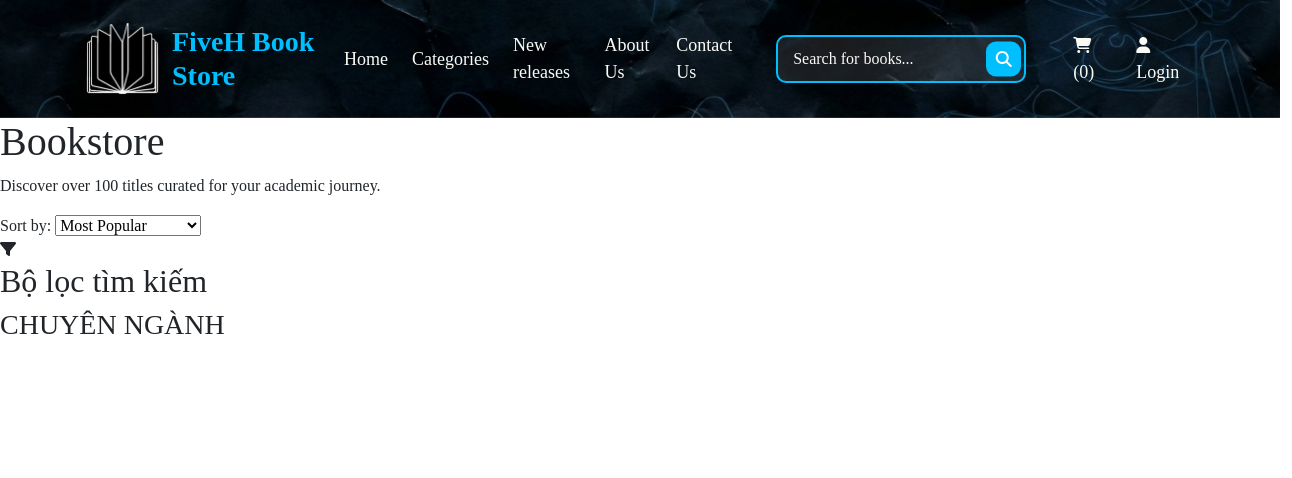
Repository: Hoangriji/Book_Store-HTCNWeb
Page: pages/categories/categories.html
An editor plug-in stored every save of this project. The page is shown before and after the next save, followed by the edit.
The browser window is 1280 px wide. The page is 1292 px wide, so the pictures cover 1292 px, including what lies to the right of the window. The pictures show the whole page.
Some web fonts or font styles are not loaded; a fallback is used. Some web libraries are served in a nearby version.

Above is the page before, as saved 2026-02-10 12:48:47.

### pages/categories/categories.html
<!DOCTYPE html>
<html lang="en">
<head>
    <meta charset="UTF-8">
    <meta name="viewport" content="width=device-width, initial-scale=1.0">
    <title>FiveH Book Store</title>
    <link rel="stylesheet" href="categories.css">
    <link rel="stylesheet" href="/shared/css/bootstrap.min.css">
    <!-- icon awesome free -->
    <script src="https://kit.fontawesome.com/81f80860c2.js" crossorigin="anonymous"></script>
</head>
<body>
     <!-- header -->
    <header class="inner-header"></header>

    <!-- main -->
    <div class="main">
        <!-- Page Header -->
        <div class="page-header">
            <div class="page-header-container">
                <div class="page-header__content">
                    <h1 class="page-header__title">Bookstore</h1>
                    <p class="page-header__subtitle">Discover over 100 titles curated for your academic journey.</p>
                </div>

                <div class="page-header__actions">
                    <label class="page-header__sort-label">Sort by:</label>
                    <select class="page-header__sort-select">
                        <option selected>Most Popular</option>
                        <option>Newest</option>
                        <option>Price: Low to High</option>
                        <option>Price: High to Low</option>
                        <option>Best Rating</option>
                    </select>
                </div>
            </div>
        </div>

        <!-- Main Content -->
        <div class="categories-main">
            <div class="row g-4">
                <!-- Sidebar filter -->
                <aside class="col-lg-3">
                    <div class="filter">
                        <div class="filter__header">
                            <i class="fas fa-filter filter__header-icon"></i>
                            <h2 class="filter__header-title">Bộ lọc tìm kiếm</h2>
                        </div>

                        <div class="filter__section">
                            <h3 class="filter__section-title">CHUYÊN NGÀNH</h3>

                        </div>
                    </div>
                </aside>
            </div>
        </div>
    </div>


    <script src="categories.js"></script>
    <script type="module" src="/shared/js/main.js"></script>
</body>
</html>

### pages/categories/categories.css
@import url('/shared/css/style.css');

.main {
    padding: 0;
    margin: 0 auto;
}

### shared/js/main.js
import {header} from './components/header.js';
import {footer} from './components/footer.js';

const main = () => {
    // render header
    header();

    // render footer
    footer();
}

main();

### shared/css/style.css
@import url('./variables.css');
@import url('./components/header.css');
@import url('./components/footer.css');

* {
    margin: 0;
    padding: 0;
    box-sizing: border-box;
    font-family: var(--font-main);
}

/* width  scrollbar */
::-webkit-scrollbar {
    width: 8px;
}

/* scrollbar track color */
::-webkit-scrollbar-track {
    background: var(--color-menu);
    border-radius: 10px;
}

/* scrollbar thumb color and shape */
::-webkit-scrollbar-thumb {
    background: var(--color-primary);
    border-radius: 10px;
}

/* hover on scrollbar thumb */
::-webkit-scrollbar-thumb:hover {
    background: var(--color-button-hover);
}

body {
    background-color: var(--color-background);
}

a {
    text-decoration: none;
}

### shared/css/variables.css
@import url('https://fonts.googleapis.com/css2?family=Bona+Nova:ital,wght@0,400;0,700;1,400&family=Roboto:ital,wght@0,100..900;1,100..900&display=swap');

:root {
    --color-primary: #00BFFF;
    --color-secondary: #00A3E0;
    --color-button: #00BFFF;
    --color-button-hover: #0099CC;
    --color-background: #fbfdf8;
    --color-background-dark: #010409;
    --color-menu: rgb(1, 4, 9);
    --color-text-dark: #010409;
    --color-text-light: #FAFBF5;
    --color-accent: #40E0D0;
    --font-main: "Bova Nova", serif;
}

### shared/css/components/header.css
.inner-header {
    width: 100%;
    background-image: url(/imgs/homePage/bg-header.webp);
    background-repeat: no-repeat;
    background-size: cover;
    background-position: center;
    position: sticky;
    top: 0;
    z-index: 9;
}

.header-wrapper {
    width: 100%;
    display: flex;
    align-items: center;
    justify-content: space-between;
    padding: 8px 0;
    margin: 0 auto;
}

/* logo */
.logo {
    max-width: 250px;
    display: flex;
    align-items: center;
    justify-content: center;
    gap: 10px;
    text-decoration: none;
}

.logo img {
    width: 80px;
    height: auto;
}

.logo h3 {
    color: var(--color-primary);
    font-weight: bold;
    margin: 0;
    padding: 0;
}

/* menu-overlay */
.menu-overlay {
    display: none;
    position: fixed;
    top: 0;
    left: 0;
    width: 100%;
    height: 100%;
    background-color: rgba(0, 0, 0, 0.5);
    z-index: 99;
}

/* menu */
.menu {
    display: flex;
    align-items: center;
    justify-content: center;
    gap: 2rem;
}

/* close btn - hidden on desktop */
.close-menu-btn {
    display: none;
}

/* nav */
.inner-nav ul {
    display: flex;
    align-items: center;
    justify-content: center;
    list-style: none;

    /* do bị ảnh hưởng tử bs css nên thêm 2 dòng dưới */
    margin: 0;
    padding: 0;
}

.inner-nav ul li a {
    font-size: 18px;
    color: var(--color-text-light);
    text-decoration: none;
    transition: all 0.3s ease;
    padding: 1.5rem 12px;
    display: inline-flex;
    align-items: center;
    border-radius: 8px;
}

.inner-nav ul li a:hover {
    color: var(--color-primary);
    transform: translateY(-5px);
}

/* search */
.search-bar {
    position: relative;
}

.search-bar input {
    width: 250px;
    padding: 10px 45px 10px 15px;
    border: 2px solid var(--color-primary);
    border-radius: 10px;
    font-size: 16px;
    outline: none;
    transition: all 0.3s ease;
    background-color: rgba(255, 255, 255, 0.1);
    color: var(--color-text-light);
}

.search-bar input::placeholder {
    color: var(--color-text-light);
}

.search-bar input:focus {
    border: 2px solid var(--color-primary);
}

.search-bar button {
    position: absolute;
    right: 5px;
    top: 50%;
    transform: translateY(-50%);
    background-color: var(--color-primary);
    border: none;
    color: #fff;
    width: 35px;
    height: 35px;
    border-radius: 10px;
    cursor: pointer;
    transition: all 0.3s ease;
}

.search-bar button:hover {
    box-shadow: inset -3px -3px 6px rgba(0, 0, 0, 0.5),
                inset 3px 3px 6px rgba(255, 255, 255, 0.5);
    background-color: var(--color-button-hover);
}

/* user actions */
.user-actions {
    display: flex;
    align-items: center;
    justify-content: center;
}

.user-actions a {
    color: var(--color-text-light);
    font-size: 18px;
    text-decoration: none;
    transition: all 0.3s ease;
    display: inline-flex;
    align-items: center;
    gap: 5px;
    padding: 1.5rem 15px;
    border-radius: 8px;
}

.user-actions a i {
    font-size: 16px;
}

.user-actions a:hover {
    color: var(--color-primary);
    transform: translateY(-5px);
}

/* hamburger button */
.hamburger-btn {
    display: none;
    align-items: center;
    justify-content: center;
    width: 45px;
    height: 45px;
    background: transparent;
    border: 2px solid var(--color-primary);
    border-radius: 8px;
    cursor: pointer;
    padding: 0;
    z-index: 100;
    transition: all 0.3s ease;
}

.hamburger-btn i {
    color: var(--color-primary);
    font-size: 24px;
    transition: all 0.3s ease;
}

.hamburger-btn:hover {
    background-color: var(--color-primary);
}

.hamburger-btn:hover i {
    color: var(--color-text-light);
}

/* responsize */
@media (max-width: 1199.98px) {
    .header-wrapper {
        padding: 15px 1.5rem;
    }

    .inner-nav ul {
        gap: 0;
    }

    .inner-nav ul li a {
        font-size: 16px;
        padding: 0.8rem 10px;
    }

    .search-bar input {
        width: 200px;
    }
}

@media (max-width: 991.98px) {
    /* hamburger btn active */
    .hamburger-btn {
        display: flex;
    }

    .menu {
        position: fixed;
        top: 0;
        right: -100%;
        width: 320px;
        max-width: 85vw;
        height: 100vh;
        background: var(--color-menu);
        justify-content: flex-start;
        flex-direction: column;
        padding: 20px 25px;
        gap: 2.5rem;
        transition: right 0.4s ease;
        overflow-y: auto;
        z-index: 999;
    }

    .menu.active {
        right: 0;

    }

    /* close button */
    .close-menu-btn {
        display: flex;
        align-items: center;
        justify-content: center;
        width: 40px;
        height: 40px;
        background: transparent;
        border: 2px solid var(--color-primary);
        border-radius: 10px;
        cursor: pointer;
        align-self: flex-end;
        transition: all 0.3s ease;
    }

    .close-menu-btn i {
        color: var(--color-primary);
        font-size: 22px;
    }

    .close-menu-btn:hover {
        background-color: var(--color-primary);
        transform: rotate(90deg);
    }

    .close-menu-btn:hover i {
        color: var(--color-text-light);
    }

    .inner-nav{
        width: 100%;
    }

    .inner-nav ul {
        flex-direction: column;
        width: 100%;
    }

    .inner-nav ul li {
        width: 100%;
        border-bottom: 2px solid gray;
    }

    .inner-nav ul li a {
        width: 100%;
        padding: 14px 16px;
        font-size: 17px;
        justify-content: flex-start;
    }

    .inner-nav ul li a i {
        font-size: 18px;
        width: 25px;
    }

    .inner-nav ul li a:hover {
        transform: translateX(10px);
        padding-left: 20px;
    }

    .search-bar {
        width: 100%;
    }

    .search-bar input {
        width: 100%;
        padding: 12px 50px 12px 18px;
        font-size: 16px;
        background-color: rgba(255, 255, 255, 0.05);
    }

    .search-bar button {
        right: 8px;
        width: 38px;
        height: 38px;
    }

    .user-actions {
        flex-direction: column;
        gap: 12px;
        width: 250px;
    }

    .user-actions .user-actions-link {
        width: 100%;
        font-size: 17px;
        border-radius: 0;
        justify-content: flex-start;
        border-bottom: 2px solid gray;
        margin: 0;
        padding: 14px 16px;
    }

   .user-actions-link i {
        width: 25px;
    }

    .user-actions-btn{
        transition: all 0.3s ease;
    }

    .user-actions-link:hover .user-actions-btn{
        transform: translateX(10px);
    }
}


@media (max-width: 767.98px) {
    .header-wrapper {
        padding: 12px 1rem;
    }

    .logo {
        max-width: 200px;
    }

    .logo h3 {
        font-size: 18px;
    }

    .logo img {
        width: 60px;
    }

    .hamburger-btn {
        width: 40px;
        height: 40px;
    }

    .hamburger-btn i {
        font-size: 20px;
    }
}

@media (max-width: 575.98px) {
    .header-wrapper {
        padding: 10px 0.8rem;
    }

    .logo h3 {
        font-size: 18px;
    }

    .logo img {
        width: 50px;
    }

    .menu {
        width: 100vw;
        max-width: 100vw;
        padding: 25px 20px;
        /* tăng right lên vì để -100% thấy menu lấn vào màn viewport khi chưa active*/
        right: -200%;
    }

    .user-actions {
        width: 100%;
    }

    .cart-text {
        display: none;
    }
}

/* animation */
@keyframes fadeInDown {
    from {
        opacity: 0;
        transform: translateY(-30px);
    }
    to {
        opacity: 1;
        transform: translateY(0);
    }
}

.logo {
    animation: fadeInDown 0.6s ease forwards;
    animation-delay: 0.1s;
}

.inner-nav {
    animation: fadeInDown 0.6s ease forwards;
    animation-delay: 0.2s;
}

.search-bar {
    animation: fadeInDown 0.6s ease forwards;
    animation-delay: 0.3s;
}

.user-actions {
    animation: fadeInDown 0.6s ease forwards;
    animation-delay: 0.4s;
}

### shared/css/components/footer.css
.inner-footer {
    width: 100%;
    background: linear-gradient(90deg, var(--color-background-dark) 50%, #0a0e1a 100%);
    color: var(--color-text-light);
    padding: 2rem 0 0 0;
    margin-top: auto;
}

.footer-wrapper {
    width: 100%;
    margin: 0 auto;
}

.footer-content {
    padding-bottom: 20px;
    border-bottom: 1px solid gray;
}

.footer-section {
    display: flex;
    flex-direction: column;
    gap: 10px;
}

/* logo section */
.footer-section:first-child {
    max-width: 350px;
}

.footer-section img {
    width: 80px;
    height: auto;
}

.footer-section .footer-section-title {
    color: var(--color-primary);
    font-size: 22px;
    font-weight: bold;
    margin: 0;
}

.footer-section p {
    color: var(--color-text-light);
    line-height: 1.6;
    margin: 0;
    font-size: 15px;
}

/* social icons */
.social-icons {
    display: flex;
    gap: 15px;
    margin-top: 10px;
}

.social-icons a {
    display: flex;
    align-items: center;
    justify-content: center;
    width: 45px;
    height: 45px;
    background: transparent;
    border: 2px solid var(--color-primary);
    border-radius: 50%;
    color: var(--color-primary);
    text-decoration: none;
    transition: all 0.3s ease;
    font-size: 18px;
}

.social-icons a:hover {
    background: var(--color-primary);
    color: var(--color-text-light);
    transform: rotate(360deg);
}

/* quick links */
.footer-section ul {
    list-style: none;
    margin: 0;
    padding: 0;
    display: flex;
    flex-direction: column;
    gap: 5px;
}

.footer-section ul li a {
    color: var(--color-text-light);
    text-decoration: none;
    transition: all 0.3s ease;
    display: inline-flex;
    align-items: center;
    gap: 5px;
    padding: 10px 0;
}

.footer-section ul li i {
    color: var(--color-primary);
    font-size: 12px;
    transition: all 0.3s ease;
    margin-right: 10px;
}

.footer-section ul li:hover a {
    color: var(--color-primary);
    padding-left: 10px;
}

.footer-section ul li:hover i {
    transform: translateX(15px);
}

/* footer bottom */
.footer-bottom {
    padding: 20px 0;
    text-align: center;
}

.footer-bottom p {
    color: gray;
    margin: 0;
    font-size: 16px;
}

/* responsive */
@media (min-width: 1200px) {
    .footer-wrapper {
        max-width: 1320px;
        padding: 0 2rem;
    }
}

@media (max-width: 1199.98px) {
    .footer-wrapper {
        max-width: 100%;
        padding: 0 1.5rem;
    }
}

@media (max-width: 991.98px) {
    .inner-footer {
        padding: 50px 0 0;
    }

    .footer-content {
        padding-bottom: 25px;
    }

    .footer-section {
        gap: 12px;
    }

    .social-icons {
        flex-wrap: wrap;
    }
}

@media (max-width: 767.98px) {
    .inner-footer {
        padding: 40px 0 0;
    }

    .footer-wrapper {
        padding: 0 1rem;
    }

    .footer-content {
        padding-bottom: 20px;
    }

    .footer-section:first-child {
        max-width: 100%;
    }

    .footer-section .footer-section-title {
        font-size: 20px;
    }

    .footer-section p {
        font-size: 14px;
    }

    .social-icons {
        justify-content: flex-start;
    }

    .footer-bottom p {
        font-size: 14px;
    }
}

@media (max-width: 575.98px) {
    .inner-footer {
        padding: 30px 0 0;
    }

    .footer-wrapper {
        padding: 0 15px;
    }

    .footer-content {
        gap: 25px;
    }

    .footer-section .footer-section-title {
        font-size: 18px;
    }

    .footer-section img {
        width: 60px;
    }

    .footer-section p {
        font-size: 13px;
    }

    .footer-section .footer-section-title {
        font-size: 16px;
    }

    .footer-section ul li a {
        font-size: 14px;
        padding: 8px 0;
    }

    .social-icons {
        gap: 12px;
    }

    .social-icons a {
        width: 40px;
        height: 40px;
        font-size: 16px;
    }

    .footer-bottom {
        padding: 15px 0;
    }

    .footer-bottom p {
        font-size: 12px;
    }
}

/* animation */
@keyframes fadeInUp {
    from {
        opacity: 0;
        transform: translateY(30px);
    }
    to {
        opacity: 1;
        transform: translateY(0);
    }
}

.footer-section {
    animation: fadeInUp 0.6s ease forwards;
}

.footer-section:nth-child(1) { animation-delay: 0.1s; }
.footer-section:nth-child(2) { animation-delay: 0.2s; }
.footer-section:nth-child(3) { animation-delay: 0.3s; }
.footer-section:nth-child(4) { animation-delay: 0.4s; }

### shared/js/components/header.js
export const header = () => {
  const headerElement = document.querySelector(".inner-header");
  const headerTemplate = /* html */ `
    <div class="container">
      <div class="header-wrapper">
        <!-- logo -->
        <a class="logo" href="/">
          <img src="/imgs/homePage/logo.png" alt="">
          <h3>FiveH Book Store</h3>
        </a>

        <!-- hamburger btn -->
        <button class="hamburger-btn" aria-label="Toggle menu">
          <i class="fa-solid fa-bars"></i>
        </button>

        <!-- overlay -->
        <div class="menu-overlay" style="display: none;"></div>

        <!-- menu -->
        <div class="menu">
          <!-- close btn for mobile -->
          <button class="close-menu-btn" aria-label="Close menu">
            <i class="fa-solid fa-times"></i>
          </button>

          <!-- nav -->
          <nav class="inner-nav">
            <ul>
              <li><a href="/"> Home</a></li>
              <li><a href="/pages/categories/categories.html">Categories</a></li>
              <li><a href="#">New releases</a></li>
              <li><a href="#">About Us</a></li>
              <li><a href="#">Contact Us</a></li>
            </ul>
          </nav>

          <!-- search -->
          <div class="search-bar">
            <input type="text" placeholder="Search for books...">
            <button type="submit"><i class="fa-solid fa-search"></i></button>
          </div>

          <!-- user -->
          <div class="user-actions">
            <a href="#" class="user-actions-link">
              <div class="user-actions-btn">
                <i class="fa-solid fa-cart-shopping"></i>
                <span class="cart-count">(0)</span>
              </div>
            </a>
            <a href="#" class="user-actions-link">
              <div class="user-actions-btn">
                <i class="fa-solid fa-user"></i>
                <span>Login</span>
              </div>
            </a>
          </div>
        </div>
      </div>
    </div>
  `;
  if (headerElement) {
    headerElement.innerHTML = headerTemplate;

    // hamburger
    const hamburgerBtn = headerElement.querySelector(".hamburger-btn");
    const closeBtn = headerElement.querySelector(".close-menu-btn");
    const menu = headerElement.querySelector(".menu");
    const menuLinks = headerElement.querySelectorAll(".menu a");

    // open menu
    if (hamburgerBtn && menu) {
      hamburgerBtn.addEventListener("click", () => {
        menu.classList.add("active");
        document.body.style.overflow = "hidden";
        const menuOverlay = headerElement.querySelector(".menu-overlay");
        if (menuOverlay) {
          menuOverlay.style.display = "block";
        }
      });
    }

    // close menu
    if (closeBtn && menu) {
      closeBtn.addEventListener("click", () => {
        menu.classList.remove("active");
        document.body.style.overflow = "";
        const menuOverlay = headerElement.querySelector(".menu-overlay");
        if (menuOverlay) {
          menuOverlay.style.display = "none";
        }
      });
    }

    // close menu when clicking on links
    menuLinks.forEach((link) => {
      link.addEventListener("click", () => {
        if (window.innerWidth <= 992) {
          menu.classList.remove("active");
          document.body.style.overflow = "";
          const menuOverlay = headerElement.querySelector(".menu-overlay");
          if (menuOverlay) {
            menuOverlay.style.display = "none";
          }
        }
      });
    });

    // close menu when clicking outside
    document.addEventListener("click", (e) => {
      if (
        menu.classList.contains("active") &&
        !menu.contains(e.target) &&
        !hamburgerBtn.contains(e.target)
      ) {
        menu.classList.remove("active");
        document.body.style.overflow = "";
        const menuOverlay = headerElement.querySelector(".menu-overlay");
        if (menuOverlay) {
          menuOverlay.style.display = "none";
        }
      }
    });

    // handle window resize
    window.addEventListener("resize", () => {
      if (window.innerWidth > 992) {
        menu.classList.remove("active");
        document.body.style.overflow = "";
        const menuOverlay = headerElement.querySelector(".menu-overlay");
        if (menuOverlay) {
          menuOverlay.style.display = "none";
        }
      }
    });
  }
};

### shared/js/components/footer.js
export const footer = () => {
  const footerElement = document.querySelector(".inner-footer");
  const footerTemplate = /* html */ `
        <div class="container">
            <div class="footer-wrapper">
                <div class="row g-4 footer-content">
                    <div class="col-12 col-md-6 col-lg-5 footer-section">
                        <img src="imgs/homePage/logo.png" alt="">
                        <h4 class="footer-section-title">FiveH Book Store</h4>
                        <p>Your one-stop shop for all your reading needs. Discover, explore, and indulge in the world of books with us!</p>
                    </div>

                    <div class="col-12 col-md-6 col-lg footer-section">
                        <h4 class="footer-section-title">Contact Us</h4>
                        <p>Email: contact@bookstore.com</p>
                        <p>Phone: +1 234 567 890</p>
                        <p>Address: 123 Book St, City, Country</p>
                    </div>

                    <div class="col-12 col-md-6 col-lg footer-section">
                        <h4 class="footer-section-title">Follow Us</h4>
                        <div class="social-icons">
                            <a href="#"><i class="fa-brands fa-facebook-f"></i></a>
                            <a href="#"><i class="fa-brands fa-twitter"></i></a>
                            <a href="#"><i class="fa-brands fa-instagram"></i></a>
                        </div>
                    </div>

                    <div class="col-12 col-md-6 col-lg footer-section">
                        <h4 class="footer-section-title">Quick Links</h4>
                        <ul>
                            <li><i class="fa-solid fa-arrow-right"></i><a href="index.html">Home</a></li>
                            <li><i class="fa-solid fa-arrow-right"></i><a href="#">Categories</a></li>
                            <li><i class="fa-solid fa-arrow-right"></i><a href="#">New releases</a></li>
                            <li><i class="fa-solid fa-arrow-right"></i><a href="#">About Us</a></li>
                            <li><i class="fa-solid fa-arrow-right"></i><a href="#">Contact Us</a></li>
                        </ul>
                    </div>
                </div>

                <div class="footer-bottom">
                    <p>&copy; 2024 FiveH Book Store. All rights reserved.</p>
                </div>
            </div>
        </div>
    `;

  if (footerElement) {
    footerElement.innerHTML = footerTemplate;
  }
};

Loaded but not shown: shared/css/bootstrap.min.css (library); pages/categories/categories.js (no copy from this time; the picture is the same without it)

After the next save:
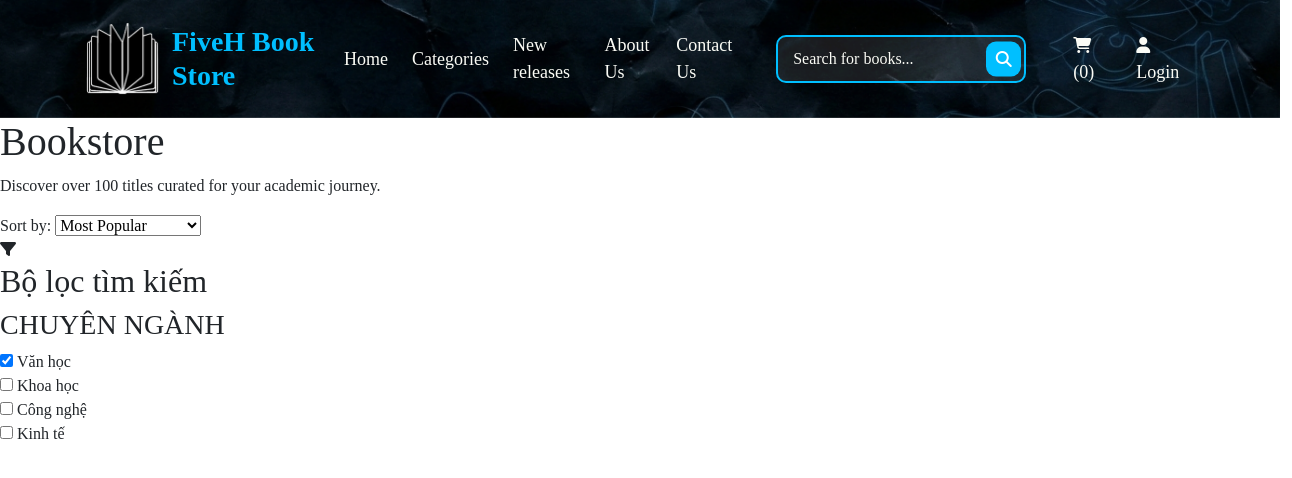
Saved 52 s later.
--- a/pages/categories/categories.html
+++ b/pages/categories/categories.html
@@ -49,7 +49,22 @@
 
                         <div class="filter__section">
                             <h3 class="filter__section-title">CHUYÊN NGÀNH</h3>
-
+                            <div class="filter__option">
+                            <input type="checkbox" id="major1" class="filter__option-input" checked>
+                            <label for="major1" class="filter__option-label">Văn học</label>
+                        </div>
+                        <div class="filter__option">
+                            <input type="checkbox" id="major2" class="filter__option-input">
+                            <label for="major2" class="filter__option-label">Khoa học</label>
+                        </div>
+                        <div class="filter__option">
+                            <input type="checkbox" id="major3" class="filter__option-input">
+                            <label for="major3" class="filter__option-label">Công nghệ</label>
+                        </div>
+                        <div class="filter__option">
+                            <input type="checkbox" id="major4" class="filter__option-input">
+                            <label for="major4" class="filter__option-label">Kinh tế</label>
+                        </div>
                         </div>
                     </div>
                 </aside>
